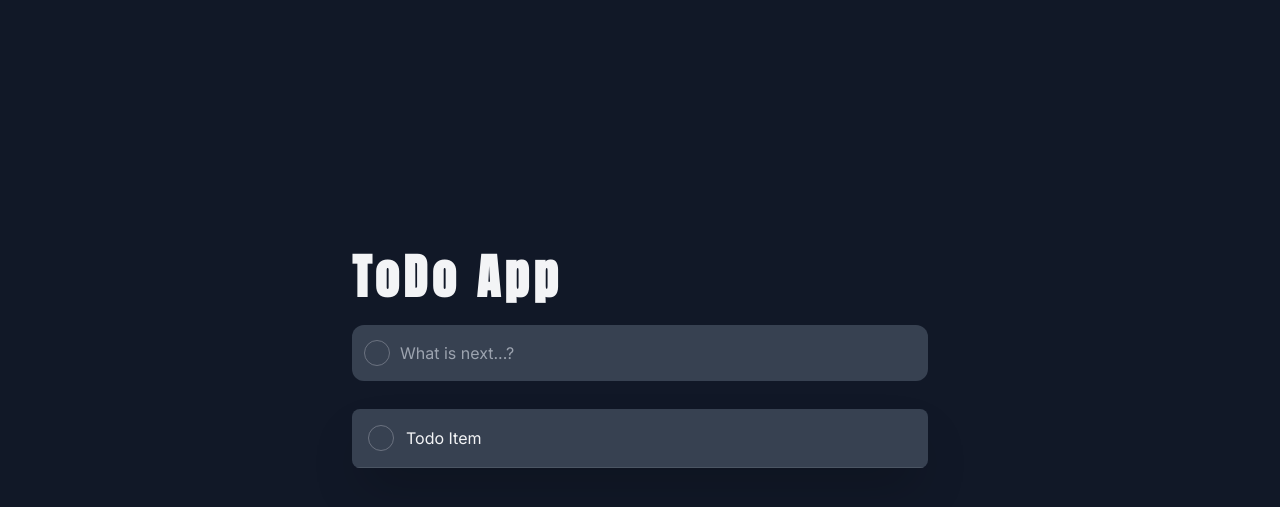
Repository: mvbri/app-todo-fullstack
Page: /
The author's editor kept a copy of each file at every save. The page is drawn from the files as they stood at one save, then again after the next save.
The browser window is 1280 px wide. The pictures show the whole page.
The project was rebuilt for these pictures with package versions that can differ from the ones it lists, and the page was loaded fresh each time. Also part of the build but not shown: src/App.css.

Above is the page before, as saved 2023-04-09 12:53:27.

### public/index.html
<!DOCTYPE html>
<html lang="en">
	<head>
		<meta charset="utf-8" />
		<link rel="icon" href="%PUBLIC_URL%/favicon.ico" />
		<meta name="viewport" content="width=device-width, initial-scale=1" />
		<meta name="theme-color" content="#000000" />
		<meta
			name="description"
			content="Web site created using create-react-app"
		/>
		<link rel="apple-touch-icon" href="%PUBLIC_URL%/logo192.png" />
		<!--
      manifest.json provides metadata used when your web app is installed on a
      user's mobile device or desktop. See https://developers.google.com/web/fundamentals/web-app-manifest/
    -->
		<link rel="manifest" href="%PUBLIC_URL%/manifest.json" />
		<!--
      Notice the use of %PUBLIC_URL% in the tags above.
      It will be replaced with the URL of the `public` folder during the build.
      Only files inside the `public` folder can be referenced from the HTML.

      Unlike "/favicon.ico" or "favicon.ico", "%PUBLIC_URL%/favicon.ico" will
      work correctly both with client-side routing and a non-root public URL.
      Learn how to configure a non-root public URL by running `npm run build`.
    -->
		<link rel="preconnect" href="https://fonts.googleapis.com" />
		<link rel="preconnect" href="https://fonts.gstatic.com" crossorigin />
		<link
			href="https://fonts.googleapis.com/css2?family=Anton&family=Inter&display=swap"
			rel="stylesheet"
		/>
		<title>React App</title>
	</head>
	<body>
		<noscript>You need to enable JavaScript to run this app.</noscript>
		<div id="root"></div>
		<!--
      This HTML file is a template.
      If you open it directly in the browser, you will see an empty page.

      You can add webfonts, meta tags, or analytics to this file.
      The build step will place the bundled scripts into the <body> tag.

      To begin the development, run `npm start` or `yarn start`.
      To create a production bundle, use `npm run build` or `yarn build`.
    -->
	</body>
</html>

### src/App.js
import './App.css';
import Title from './components/Title';
import TodoInput from './components/TodoInput';
import TodoList from './components/TodoList';
import Todo from './components/Todo';

function App() {
	return (
		<div className='bg-gray-900 min-h-screen h-ful text-gray-100 font-inter flex items-center justify-center py-20 px-5'>
			<div className='container flex flex-col max-w-xl'>
				<Title />
				<TodoInput />
				<TodoList>
					<Todo />
				</TodoList>
			</div>
		</div>
	);
}

export default App;

### src/components/Title.js
import React from 'react';

function Title() {
	return (
		<h1 className='text-5xl font-anton font-bold tracking-widest'>ToDo App</h1>
	);
}

export default Title;

### src/components/TodoInput.js
import React from 'react';

function TodoInput() {
	return (
		<div className='mt-6 relative'>
			<div className='absolute inset-y-0 left-0 pl-3 flex items-center pointer-events-none'>
				<span className='border border-gray-500 border-solid p-3 rounded-full'></span>
			</div>
			<input
				type='text'
				className='focus:shadow-lg font-inter focus:shadow-blue-800 pl-12 w-full py-4 bg-gray-700 rounded-xl outline-none trasitiona-all duration-300 ease-in-out'
				placeholder='What is next...?'
			></input>
		</div>
	);
}

export default TodoInput;

### src/components/TodoList.js
import React from 'react';

function TodoList({ children }) {
	return (
		<div className='flex flex-col mt-7 rounded-lg overflow-hidden shadow-2xl'>
			{children}
		</div>
	);
}

export default TodoList;

### src/components/Todo.js
import React from 'react';

const Todo = () => {
	return (
		<div className='flex items-center justify-between p-4 bg-gray-700 border-b border-solid border-gray-600'>
			<div className='flex items-center'>
				<span className='border-solid border border-gray-500 rounded-full p-3 cursor-pointer'></span>
				<p className='pl-3'>Todo Item</p>
			</div>
		</div>
	);
};

export default Todo;

### tailwind.config.js
/** @type {import('tailwindcss').Config} */
module.exports = {
	content: ['./src/**/*.{js,jsx,ts,tsx}'],
	theme: {
		extend: {
			fontFamily: {
				anton: "'Anton', serif",
				inter: "'Inter', serif",
			},
		},
	},
	plugins: [],
};

Loaded but not shown: src/index.js (common file); src/index.css (common file); src/reportWebVitals.js (common file)

After the next save:
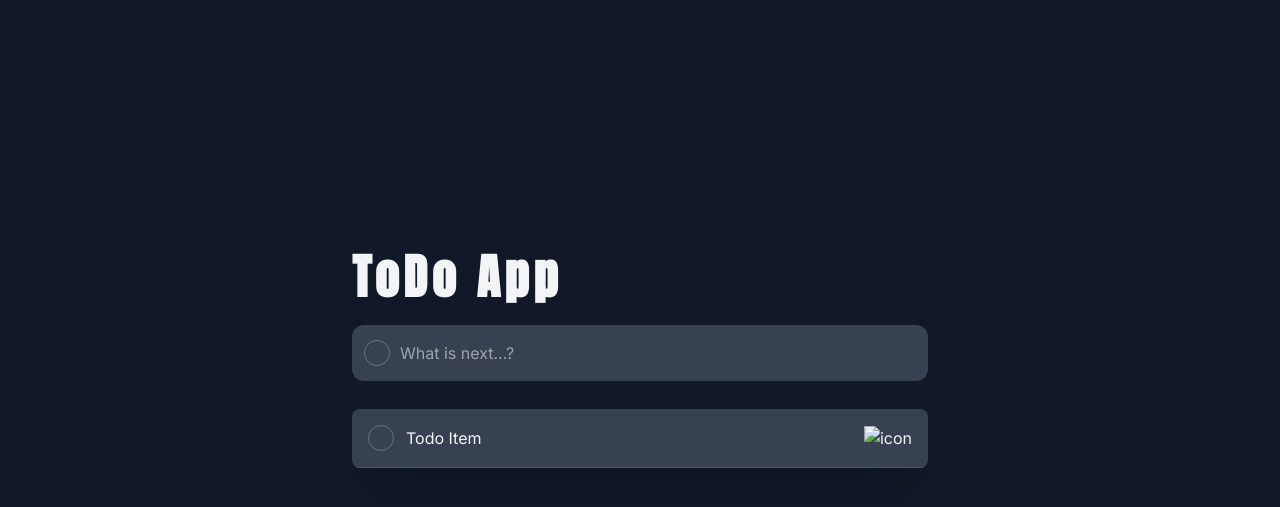
Saved 59 s later.
--- a/src/components/Todo.js
+++ b/src/components/Todo.js
@@ -7,6 +7,7 @@ const Todo = () => {
 				<span className='border-solid border border-gray-500 rounded-full p-3 cursor-pointer'></span>
 				<p className='pl-3'>Todo Item</p>
 			</div>
+			<img src='./' alt='icon' />
 		</div>
 	);
 };
